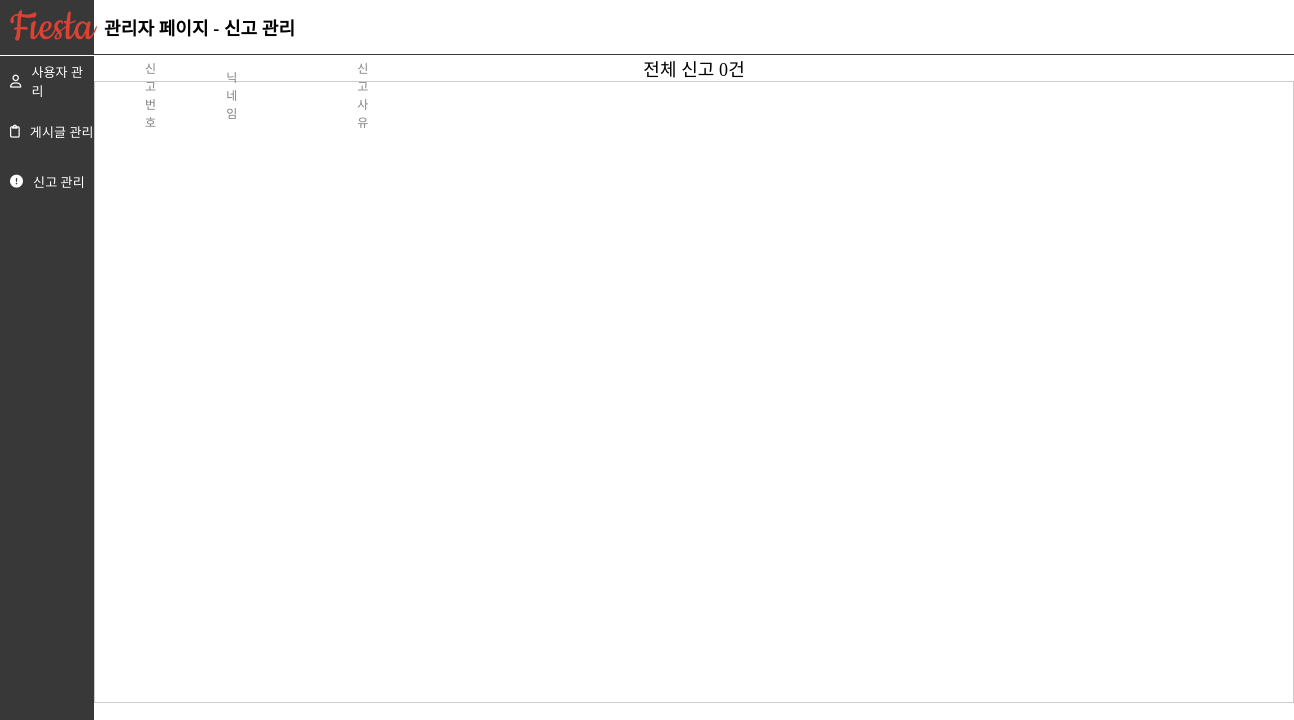
Repository: SNSFiestaTeam/Fiesta
Page: Fiesta/src/main/webapp/html/management/management-report.html
An editor plug-in stored every save of this project. The page is shown before and after the next save, followed by the edit.
The browser window is 1280 px wide. The page is 1294 px wide, so the pictures cover 1294 px, including what lies to the right of the window. The pictures show the whole page.
Some web fonts or font styles are not loaded; a fallback is used. Some web libraries are served in a nearby version.

Above is the page before, as saved 2022-12-06 12:28:37.

### Fiesta/src/main/webapp/html/management/management-report.html
<!DOCTYPE html>
<html lang="en">
<head>
  <meta charset="UTF-8">
  <meta http-equiv="X-UA-Compatible" content="IE=edge">
  <meta name="viewport" content="width=device-width, initial-scale=1.0">
  <link rel="stylesheet" href="../../resources/css/common-style.css">
  <link rel="stylesheet" href="../../resources/css/management/management.css">
  <script
      src="https://kit.fontawesome.com/591746f9e8.js"
      crossorigin="anonymous"
    ></script>
  <title>관리자페이지</title>
</head>
<body>
  <sidebar class="sidebar">
    <span class="title">Fiesta</span>
    <a href="#" class="bar-item button"><i class="fa-regular fa-user"></i> 사용자 관리</a>
    <a href="#" class="bar-item button"><i class="fa-regular fa-clipboard"></i>게시글 관리</a>
    <a href="#" class="bar-item button"><i class="fa-solid fa-circle-exclamation"></i>신고 관리</a>
  </sidebar>

  <main class ="management-container">

    <div class="management-title">
      <h1>관리자 페이지 - 신고 관리</h1>
    </div>

    <div class="management-content">
      <span>전체 신고 0건</span>
      <section class="report-container">
        <div class="row rh">
          <span class="cor1">신고 번호</span>
          <span class="cor2">닉네임</span>
          <span class="cor3">신고 사유</span>
          <span class="cor4">신고 대상</span>
          <span class="cor5">상세 내역</span>
          <span class="cor6">신고일</span>
        </div>
      </section>
    </div>

  </main>


  <script src="/resources/js/management/management.js"></script>
</body>
</html>

### Fiesta/src/main/webapp/resources/css/common-style.css
@import url('https://fonts.googleapis.com/css2?family=Noto+Sans+KR:wght@100;300;400;500;700;900&display=swap');
@import url('https://fonts.googleapis.com/css2?family=Chewy&display=swap');
@import url('https://fonts.googleapis.com/css2?family=Leckerli+One&display=swap');
@import url('https://fonts.googleapis.com/css2?family=Cookie&display=swap');
@import './root-style.css';
@import url('https://fonts.googleapis.com/css2?family=Nanum+Gothic:wght@400;700;800&display=swap');
@import url('https://fonts.googleapis.com/css2?family=IBM+Plex+Sans+KR:wght@100;200;300;400;500&display=swap');

@font-face {
  font-family: 'NanumSquareNeo-Variable';
  src: url('https://cdn.jsdelivr.net/gh/projectnoonnu/noonfonts_11-01@1.0/NanumSquareNeo-Variable.woff2') format('woff2');
  font-weight: normal;
  font-style: normal;
}

@font-face {
  font-family: 'NanumBarunGothic';
  font-style: normal;
  font-weight: 400;
  src: url('//cdn.jsdelivr.net/font-nanumlight/1.0/NanumBarunGothicWeb.eot');
  src: url('//cdn.jsdelivr.net/font-nanumlight/1.0/NanumBarunGothicWeb.eot?#iefix') format('embedded-opentype'), url('//cdn.jsdelivr.net/font-nanumlight/1.0/NanumBarunGothicWeb.woff') format('woff'), url('//cdn.jsdelivr.net/font-nanumlight/1.0/NanumBarunGothicWeb.ttf') format('truetype');
 }

 @font-face {
  font-family: 'S-CoreDream-3Light';
  src: url('https://cdn.jsdelivr.net/gh/projectnoonnu/noonfonts_six@1.2/S-CoreDream-3Light.woff') format('woff');
  font-weight: normal;
  font-style: normal;
}

@font-face {
  font-family: 'SUIT-Regular';
  src: url('https://cdn.jsdelivr.net/gh/projectnoonnu/noonfonts_suit@1.0/SUIT-Regular.woff2') format('woff2');
  font-weight: normal;
  font-style: normal;
}
/* 전체 적용 스타일 */
* {
  margin: 0;
  padding: 0;
  box-sizing: border-box;
  list-style: none;
  /* font-family: 'Noto Sans KR', sans-serif; */
  /* font-family: 'Nanum Gothic', sans-serif; */
  /* font-family: 'IBM Plex Sans KR', sans-serif; */
  font-family: 'NanumSquareNeo-Variable';
  /* font-family: 'NanumBarunGothic'; */
  /* font-family: 'SUIT-Regular'; */
  letter-spacing: 0.1px;
}

a {
  text-decoration: none;
  color: black;
}

body {
  width: vw;
  font-size: 18px;
}

button {
  border: none;
  background-color: white;
}

footer {
  width: 100%;
  height: 134px;
  color: gray;
  font-size: var(--small-font-size);
  padding-bottom: 40px;

  display: flex;
  flex-direction: column;
  justify-content: space-around;
  align-items: center;
}

footer a {
  color: gray;
}

header {
  width: 100%;
  height: 60px;
  border-bottom: 1px solid #ccc;

  position: sticky;
  top: 0;
  background-color: white;

  display: flex;
  justify-content: center;
  z-index: 2;
}

header > section {
  width: 1000px;
  padding: 0 20px;

  display: flex;
  justify-content: space-between;
  align-items: center;
}

.logo-section a {
  font-family: 'Cookie', cursive;
  /* font-family: 'Chewy', cursive; */
  color: #dd4132;
  font-size: 50px;
  width: 120px;
  height: auto;
}

#logo {
  width: 120px;
  height: auto;
}

.search-section {
  width: 50%;

  display: flex;
  justify-content: center;
}

.search-section fieldset {
  height: 36px;
  width: 90%;
  background-color: --main-font-color;
  border: none;
  border-radius: 5px;

  display: flex;
  justify-content: center;
  align-items: center;
}

.search-section fieldset input {
  width: 200px;
}

#searchX {
  display: flex;
  justify-content: center;
  align-items: center;

  border-radius: 50%;

  display: none;
}

#searchX > i {
  background-color: #ccc;
  display: block;
  width: 15px;
  height: 15px;
  border-radius: 50%;
  font-size: 10px;

  display: flex;
  justify-content: center;
  align-items: center;
  color: white;
}

.search-section fieldset:focus-within > #search-glass {
  display: none;
}

.search-section fieldset:focus-within > #searchX {
  display: inline;
}

.search-section fieldset > input {
  height: 25px;
  border: none;
  outline: none;
  font-size: var(--madium-font-size);

  flex-basis: 80%;
}

.search-section fieldset > button {
  height: 25px;
  margin-right: 10px;
  font-size: 16px;
  color: var(--main-font-color);

  flex-basis: 10%;
}

nav {
  min-width: 300px;
}

nav > ul {
  font-size: var(--large-icon-size);

  display: flex;
  justify-content: space-between;
}

nav li {
  margin-left: 10px;
  flex-shrink: 0;

  text-align: center;
}

nav li > button {
  width: 100%;
  height: 100%;
  font-size: var(--large-icon-size);
}

nav li > button:active {
  color: var(--main-font-color);
}

nav li > a:active {
  color: var(--main-font-color);
}

nav i {
  flex-shrink: 0;
}

#searchBtn {
  display: none;
}

.toggle-search-section {
  display: none;
}

@media screen and (min-width: 1024px) {
  /* Desktop */
}

@media screen and (min-width: 471px) and (max-width: 1023px) {
  /* Tablet */
}

@media screen and (max-width: 780px) {
  .search-section > form {
    display: none;
  }

  #searchBtn {
    display: inline;
  }

  .toggle-search-section {
    width: 100vw;
    height: 80px;

    position: sticky;
    top: 60px;

    display: flex;
    justify-content: center;
    align-items: center;
    z-index: 40;
    display: none;
  }

  .toggle-search-section fieldset {
    height: 38px;
    width: 100%;
    background-color: #ffffff90;
    border: 1px solid #8e8e8e;
    border-radius: 5px;
    padding-left: 10px;

    display: flex;
    justify-content: center;
    align-items: center;
  }

  .toggle-search-section fieldset > input {
    height: 100%;
    width: 100%;
    border: none;
    outline: none;
    font-size: var(--madium-font-size);
    background-color: #ffffff00;

    flex-basis: 80%;
  }

  .toggle-search-section fieldset > button {
    height: 30px;
    margin-right: 10px;
    font-size: 16px;
    color: var(--fiesta-color);
    background-color: #ffffff00;

    flex-basis: 10%;
  }
}

@media screen and (max-width: 470px) {
  /* mobile */

  html {
    width: 100%;
  }

  body {
    width: vw;
  }

  footer {
    display: none;
  }

  #header-section {
    width: vw;
  }

  #newPost {
    width: 60px;
    height: 60px;
    border: 2px solid #8e8e8e;
    border-radius: 50%;
    background-color: white;
    display: flex;
    justify-content: center;
    align-items: center;

    font-size: 30px;

    position: fixed;
    bottom: 20px;
    right: 10px;
  }
}

#header-menu-toggle{
  display: none;
}

label[for='header-menu-toggle'] {
  cursor: pointer;
}

/* 체크박스 다음 div */
#toggle-menu{
  display: none;
}

/* 체크박스가 체크된 경우 다음 div */
#header-menu-toggle:checked + div{
  display: block;
}

.header-menu-parent{
  position: relative;
}

#toggle-menu{
  position: absolute;
  top: 30px;
  right: -10px;
  z-index: 500;
  width: 150px;
  height: 100px;
  background-color: white;
  box-shadow: 0px 0px 1px gray;
  border-radius: 6px;
}


#toggle-menu > a{
  display: flex;
  height: 50%;
  justify-content: center;
  align-items: center;
  font-size: 14px;
  font-weight: bold;
}

#toggle-menu > a:first-child{
  border-bottom: 1px solid #ccc;
}

### Fiesta/src/main/webapp/resources/css/management/management.css
@import '../root-style.css';

@font-face {
  font-family: 'NanumSquareNeo-Variable';
  src: url('https://cdn.jsdelivr.net/gh/projectnoonnu/noonfonts_11-01@1.0/NanumSquareNeo-Variable.woff2') format('woff2');
  font-weight: normal;
  font-style: normal;
}

* {
  font-family: 'NanumSquareNeo-Variable';
}

body {
  display: flex;
  width: 100%;
  height: 100vh;

  overflow-y: hidden;
}

/* 사이드 바 */
.sidebar{
  flex-grow: 0;
  width: 200px;
  height: 100%;
  background-color: rgb(56, 56, 56);
  color: white;

  display: flex;
  flex-direction: column;


  font-size: 13px;
}


.title {
  font-size: 50px;
  color: var(--fiesta-color);
  font-family: 'Cookie', cursive;
  border-bottom: 1px solid white;
  padding-left: 10px;
}

.button {
  color: white;
  width: 100%;
  height: 50px;

  display: flex;
  align-items: center;

  padding-left: 10px;
}

.button > *{
  margin-right: 10px;
}


.button:hover {
  background-color: white;
  color: rgb(56, 56, 56);
}

.management-container {
  width: 100%;
  height: 100%;

}

/* 관리자 페이지 타이틀 */
.management-title{
  display: flex;
  align-items: center;

  height: 55px;
  font-size: 9px;

  border-bottom: 1px solid rgb(56, 56, 56);
  padding-left: 10px

}

/* 관리자 페이지 내용 */
.management-content {
  height: 90%;

  display: flex;
  flex-direction: column;
  justify-content: center;
  align-items: center;

  overflow-y: scroll;
}

.report-container {
  border: 1px solid #ccc;

  width: 1200px;
  height: 700px;
}

.row {
  height: 25px;
  display: flex;
  align-items: center;
}

.rh {
  color: grey;
}

.row > span {
  font-size: 12px;
  margin-right: 20px;
}

.cor1 {
  margin-left: 50px;
}

.cor2 {
  margin-left: 50px;
}
.cor3 {
  margin-left: 100px;
}
.cor4 {
  margin-left: 1000px;
}
.cor5 {
  margin-left: 50px;
}
.cor6 {
  margin-left: 50px;
}

### Fiesta/src/main/webapp/resources/js/management/management.js


function w3_open() {
  document.getElementById("mySidebar").style.display = "block";
}

function w3_close() {
  document.getElementById("mySidebar").style.display = "none";
}

### Fiesta/src/main/webapp/resources/css/root-style.css
/* 루트 함수
공동으로 사용할 스타일을 미리 지정해놓고 사용 가능
스타일 지정시 지정할 스타일: 루트 함수명 으로 사용 가능
--만 타이핑 하면 자동완성 리스트가 뜨고
선택하면 var()함수까지 자동완성됨 */
:root {
  --background-color: white;
  --main-font-color: #8e8e8e;
  --icon-button-color: #262626;
  --point-font-color: #0095f6;
  --mention-font-color: #00376b;
  --fiesta-color: #dd4132;
  --small-font-size: 12px;
  --main-font-size: 13px;
  --medium-font-size: 16px;
  --large-icon-size: 24px;
}

After the next save:
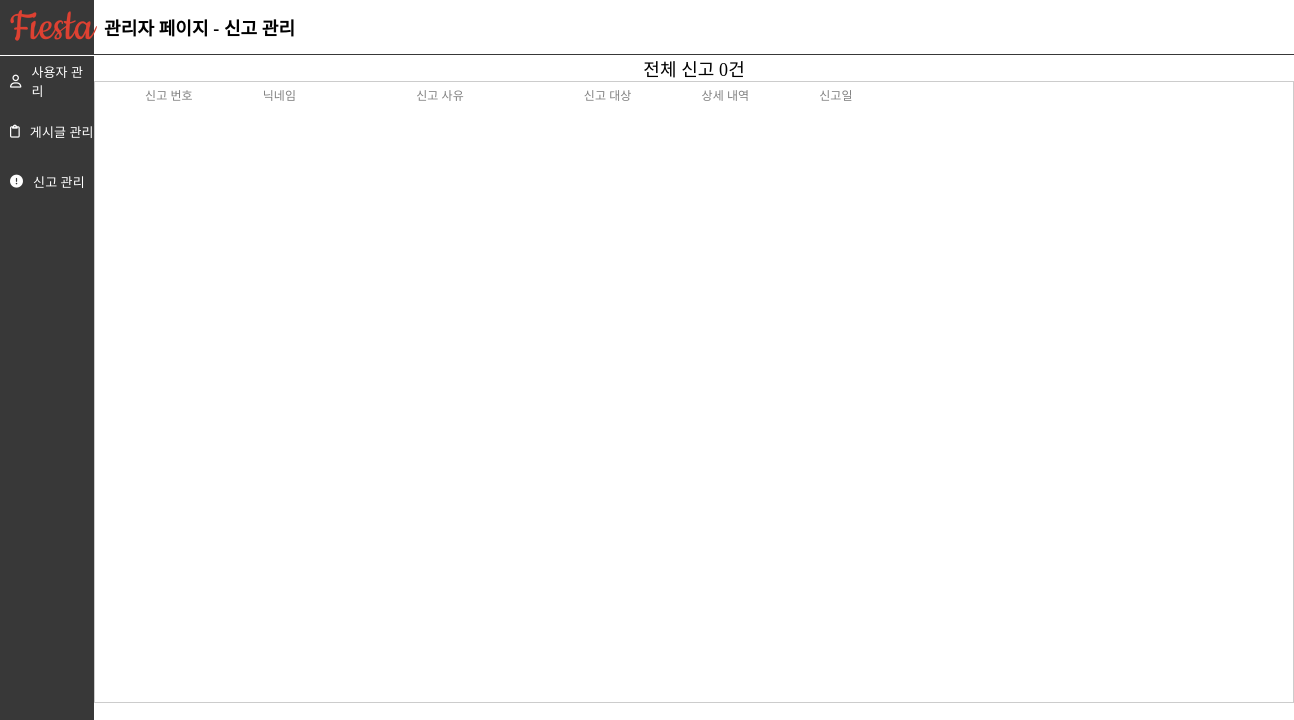
Saved 7 s later.
--- a/Fiesta/src/main/webapp/resources/css/management/management.css
+++ b/Fiesta/src/main/webapp/resources/css/management/management.css
@@ -128,7 +128,7 @@ body {
   margin-left: 100px;
 }
 .cor4 {
-  margin-left: 1000px;
+  margin-left: 100px;
 }
 .cor5 {
   margin-left: 50px;
